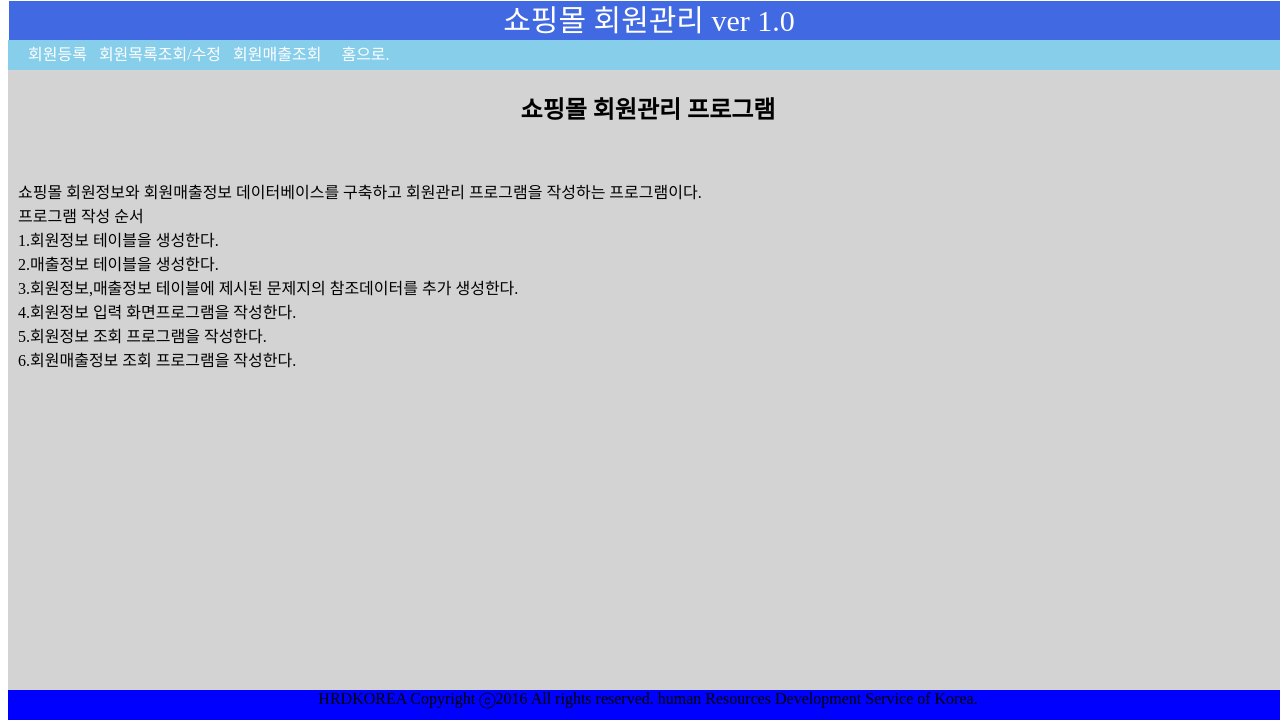
Repository: GotChun/license_practice
Page: http://localhost/HRD_8155/
An editor plug-in stored every save of this project. The page is shown before and after the next save, followed by the edit.
The browser window is 1280 px wide. The pictures show the whole page.
The page is served by Tomcat 9. Other server files are loaded and not shown.

Above is the page before, as saved 2025-02-18 14:30:33.

### HRD_8155/src/main/webapp/index.jsp
<%@ page language="java" contentType="text/html; charset=UTF-8"
    pageEncoding="UTF-8"%>
<!DOCTYPE html>
<html>
<head>
<meta charset="UTF-8">
<title>index</title>
</head>
<body>
	<header style=" position: fixed; top:0px; width: 100%; height:40px;
	 border:1px solid; background-color:royalblue; text-align: center; line-height:40px; font-size:30px; color:white;">쇼핑몰 회원관리 ver 1.0	</header>

	 <nav style="position:fixed; top:40px; width:100%; height:30px; line-height:30px;
	 background-color:skyblue; color:white; padding-left:20px;">회원등록&nbsp;&nbsp;  회원목록조회/수정&nbsp;&nbsp;  회원매출조회&nbsp;&nbsp;&nbsp;&nbsp;  홈으로. </nav>

	 <section style="position:fixed; top:70px; width:100%; height:100%;
	 background-color:lightgray; ">
	 	<h2 style="text-align:center; font-weight:bolder;"> <strong>쇼핑몰 회원관리 프로그램</strong></h2><br>
	 	<p style="padding-left:10px;">
	 	쇼핑몰 회원정보와 회원매출정보 데이터베이스를 구축하고 회원관리 프로그램을 작성하는 프로그램이다.<br>
	 	프로그램 작성 순서<br>
	 	1.회원정보 테이블을 생성한다.<br>
	 	2.매출정보 테이블을 생성한다.<br>
	 	3.회원정보,매출정보 테이블에 제시된 문제지의 참조데이터를 추가 생성한다.<br>
	 	4.회원정보 입력 화면프로그램을 작성한다.<br>
	 	5.회원정보 조회 프로그램을 작성한다.<br>
	 	6.회원매출정보 조회 프로그램을 작성한다.<br>
	 	</p>
	 </section>

	 <footer style=" position:fixed; bottom:0px; text-align:center; width:100%; height:30px; background-color:blue;">HRDKOREA Copyright ⓒ2016 All rights reserved. human Resources Development Service of Korea. </footer>

</body>
</html>

After the next save:
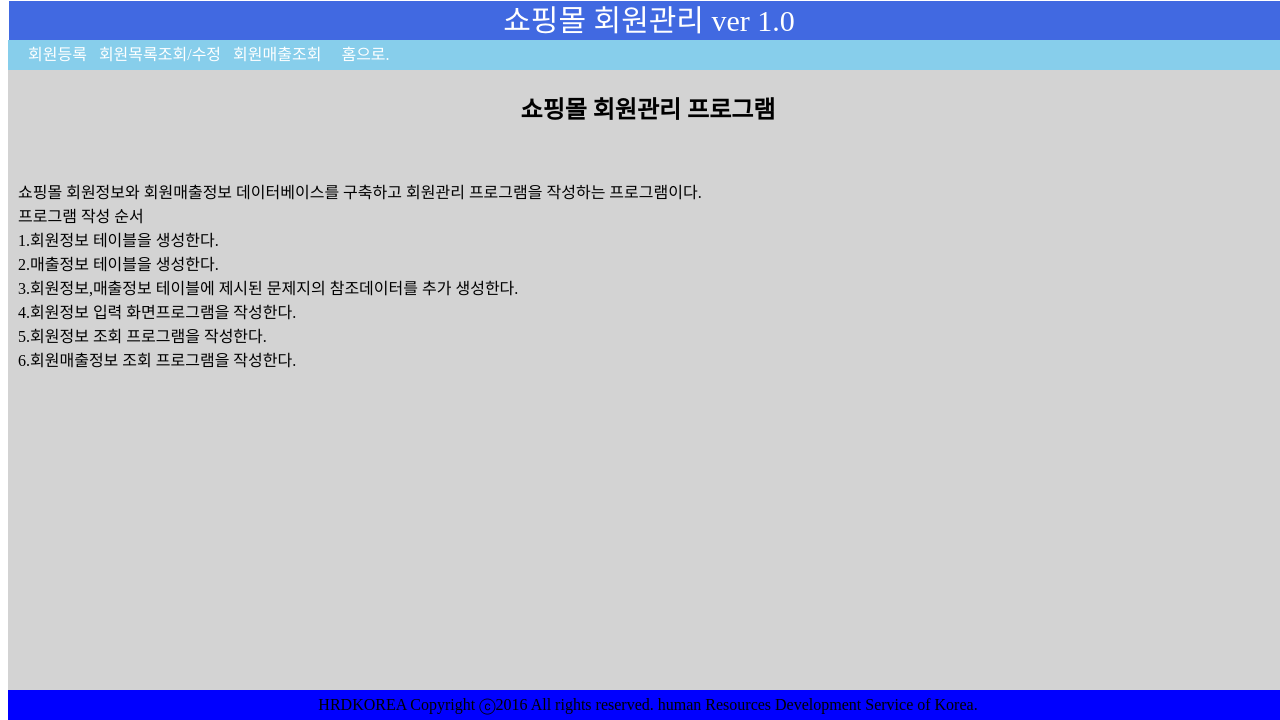
Saved 12 s later.
--- a/HRD_8155/src/main/webapp/index.jsp
+++ b/HRD_8155/src/main/webapp/index.jsp
@@ -28,7 +28,7 @@
 	 	</p>
 	 </section>
 
-	 <footer style=" position:fixed; bottom:0px; text-align:center; width:100%; height:30px; background-color:blue;">HRDKOREA Copyright ⓒ2016 All rights reserved. human Resources Development Service of Korea. </footer>
+	 <footer style=" position:fixed; bottom:0px; text-align:center; width:100%; height:30px; background-color:blue; line-height:30px;">HRDKOREA Copyright ⓒ2016 All rights reserved. human Resources Development Service of Korea. </footer>
 
 </body>
 </html>
